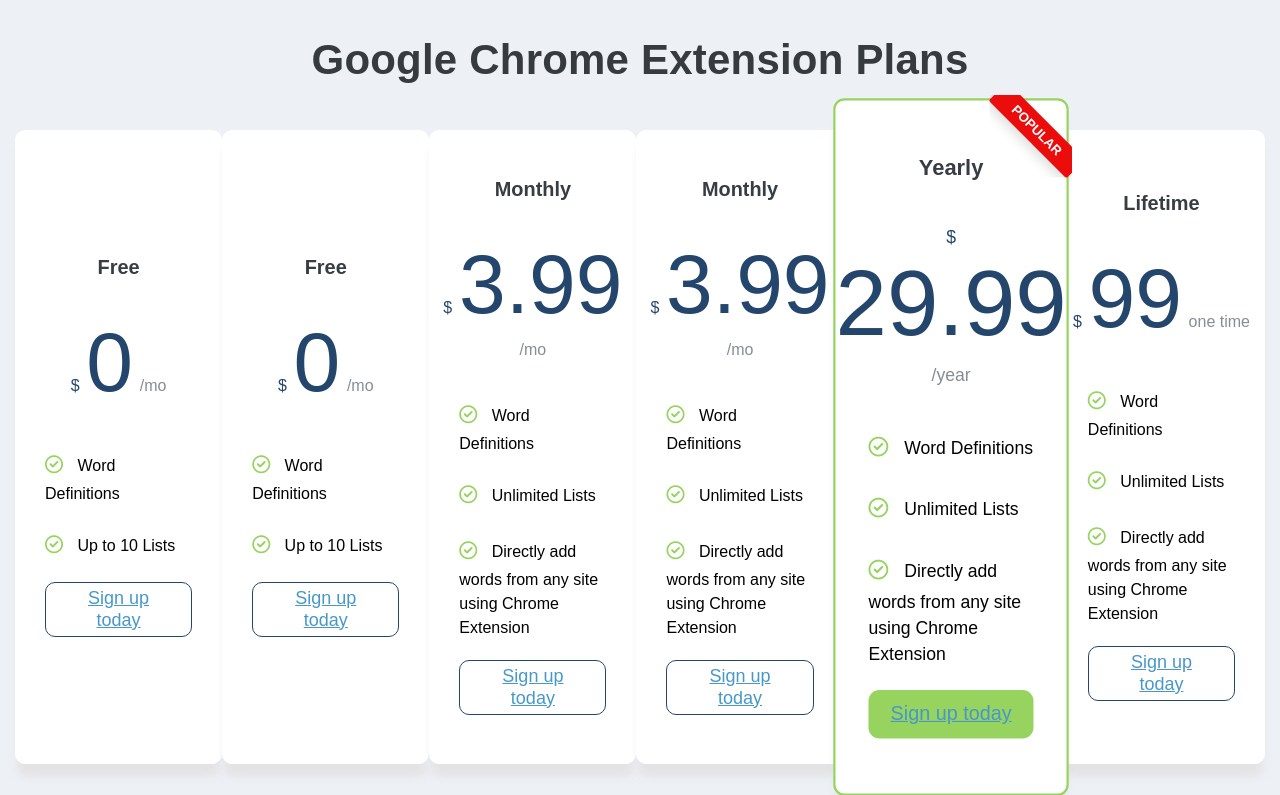
Repository: Novoselets28/chatos-test-task
Page: index.html
An editor plug-in stored every save of this project. The page is shown before and after the next save, followed by the edit.
The browser window is 1280 px wide. The pictures show the whole page.

Above is the page before, as saved 2023-04-20 07:42:23.

After the next save:
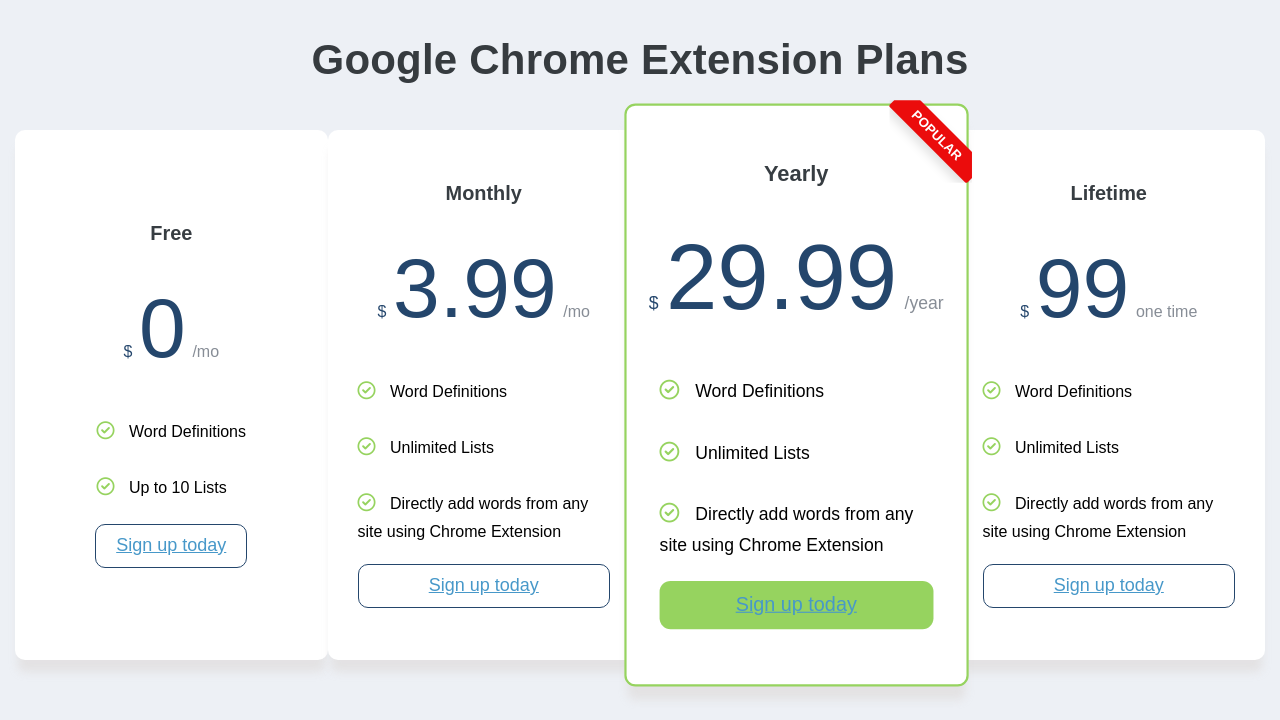
Saved 81 s later.
--- a/index.html
+++ b/index.html
@@ -41,55 +41,8 @@
                     </div>
 
                 </div>
-                <div class="extension__item item-extension">
-                    <h5 class="item-extension__title">Free</h5>
-                    <div class="item-extension__price price-item">
-                        <span class="price-item__dollar">$</span>
-                        <span class="price-item__number">0</span>
-                        <span class="price-item__label">/mo</span>
-                    </div>
-                    <div class="item-extension__points">
-                        <ul class="item-extension__point point-list">
-                            <li class="point-list__item">
-                                <i class="icon fa-regular fa-circle-check" style="color: #96d35f;"></i>
-                                Word Definitions
-                            </li>
-                            <li class="point-list__item">
-                                <i class="icon fa-regular fa-circle-check" style="color: #96d35f;"></i>
-                                Up to 10 Lists
-                            </li>
-                        </ul>
-                        <a href="https://boostvocab.com/register" class="item-extension__button">Sign up today</a>
-                    </div>
-
-                </div>
                 <!-- END : Modern pricing table - Free -->
                 <!-- Modern pricing table - MOnthly -->
-                <div class="extension__item item-extension">
-                    <h5 class="item-extension__title">Monthly</h5>
-                    <div class="item-extension__price price-item">
-                        <span class="price-item__dollar">$</span>
-                        <span class="price-item__number">3.99</span>
-                        <span class="price-item__label">/mo</span>
-                    </div>
-                    <div class="item-extension__points">
-                        <ul class="item-extension__point point-list">
-                            <li class="point-list__item">
-                                <i class="icon fa-regular fa-circle-check" style="color: #96d35f;"></i>
-                                Word Definitions
-                            </li>
-                            <li class="point-list__item">
-                                <i class="icon fa-regular fa-circle-check" style="color: #96d35f;"></i>
-                                Unlimited Lists
-                            </li>
-                            <li class="point-list__item">
-                                <i class="icon fa-regular fa-circle-check" style="color: #96d35f;"></i>
-                                Directly add words from any site using Chrome Extension
-                            </li>
-                        </ul>
-                        <a target="new" href="https://buy.stripe.com/5kAdRpbLh3k71RS6oo" class="item-extension__button">Sign up today</a>
-                    </div>
-                </div>
                 <div class="extension__item item-extension">
                     <h5 class="item-extension__title">Monthly</h5>
                     <div class="item-extension__price price-item">
